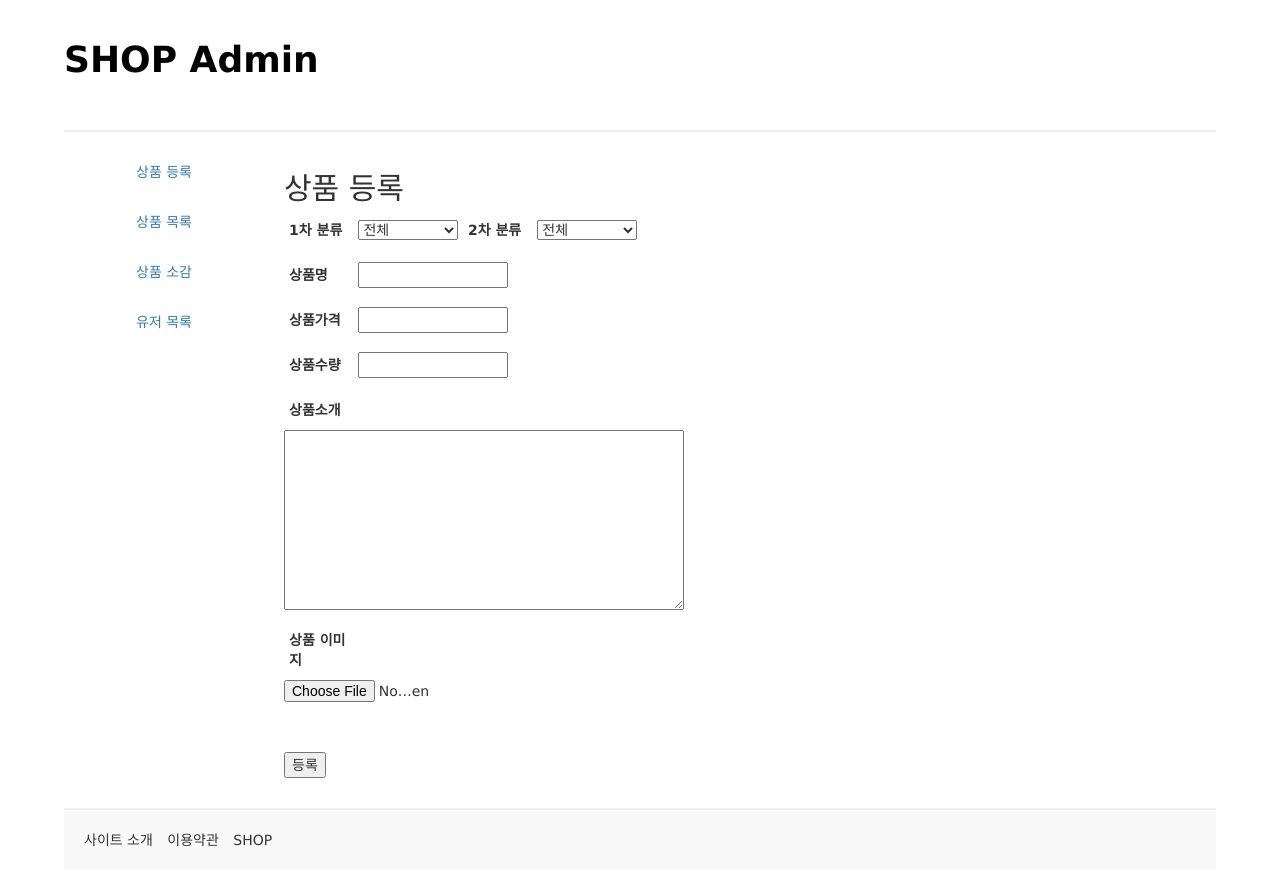
Repository: leesoonyong/shopping-mall
Page: http://localhost/shop/WEB-INF/views/admin/goods/register.jsp
The author's editor kept a copy of each file at every save. The page is drawn from the files as they stood at one save, then again after the next save.
The browser window is 1280 px wide. The pictures show the whole page.
The page is served by Tomcat 9. Nobody is signed in. Other server files are loaded and not shown. The template is opened directly, without the code that normally fills it, so the values that code supplies are empty.

Above is the page before, as saved 2020-09-13 06:41:17.
Console error (its wording comes from the project's code and is left out).

### shop/src/main/webapp/WEB-INF/views/admin/goods/register.jsp
<%@ taglib uri="http://java.sun.com/jsp/jstl/core" prefix="c" %>
<%@ page language="java" contentType="text/html; charset=UTF-8" pageEncoding="UTF-8"%>
<!DOCTYPE html>
<html>
<head>
<meta charset="UTF-8">
<script src='https://code.jquery.com/jquery-3.3.1.min.js'></script>
<link rel="stylesheet" href="/resources/bootstrap/css/bootstrap.min.css">
<link rel="stylesheet" href="/resources/bootstrap/css/bootstrap-theme.min.css">
<script src="/resources/bootstrap/js/bootstrap.min.js"></script>
<script src="https://maxcdn.bootstrapcdn.com/bootstrap/3.3.2/js/bootstrap.min.js"></script>
<script src="/resources/ckeditor/ckeditor.js"></script>
<style>
body {
	font-family: '맑은 고딕', verdana;
	padding: 0;
	margin: 0;
}

ul {
	padding: 0;
	margin: 0;
	list-style: none;
}

div#root {
	width: 90%;
	margin: 0 auto;
}

header#header {
	font-size: 60px;
	padding: 20px 0;
}

header#header h1 a {
	color: #000;
	font-weight: bold;
}

nav#nav {
	padding: 10px;
	text-align: right;
}

nav#nav ul li {
	display: inline-block;
	margin-left: 10px;
}

section#container {
	padding: 20px 0;
	border-top: 2px solid #eee;
	border-bottom: 2px solid #eee;
}

section#container::after {
	content: "";
	display: block;
	clear: both;
}

aside {
	float: left;
	width: 200px;
}

div#container_box {
	float: right;
	width: calc(100% - 200px - 20px);
}

aside ul li {
	text-align: center;
	margin-bottom: 10px;
}

aside ul li a {
	display: block;
	width: 100%;
	padding: 10px 0;
	text-align: center;
	margin-bottom: 10px;
}

aside ul li a:hover {
	background: #eee;
}

footer#footer {
	background: #f9f9f9;
	padding: 20px;
}

footer#footer ul li {
	display: inline-block;
	margin-right: 10px;
}

.inputArea {
	margin: 10px 0;
}

select {
	width: 100px;
}

label {
	display: inline-block;
	width: 70px;
	padding: 5px;
}

label[for='gdsDes'] {
	display: block;
}

input {
	width: 150px;
}

textarea#gdsDes {
	width: 400px;
	height: 180px;
}
.select_img img{
	margin:20px 0;
}

</style>
</head>
<body>
<div id="root">
	<header id="header">
		<div id="header_box">
			<%@ include file="../include/header.jsp" %>
		</div>
	</header>

	<nav id="nav">
		<div id="nav_box">
			<%@ include file="../include/nav.jsp" %>
		</div>
	</nav>

	<section id="container">
		<aside>
			<%@ include file="../include/aside.jsp" %>
		</aside>
		<div id="container_box">
			<h2>상품 등록</h2>
			<form method="post" enctype="multipart/form-data">
				<div class="inputArea">
					<label>1차 분류</label>
					<select class="category1">
						<option value="">전체</option>
					</select>

					<label>2차 분류</label>
					<select class="category2" name="cateCode">
						<option value="">전체</option>
					</select>
				</div>

				<div class="inputArea">
					<label for="gdsName">상품명</label>
					<input type="text" id="gdsName" name="gdsName"/>
				</div>
				<div class="inputArea">
					<label for="gdsPrice">상품가격</label>
					<input type="text" id="gdsPrice" name="gdsPrice"/>
				</div>
				<div class="inputArea">
					<label for="gdsStock">상품수량</label>
					<input type="text" id="gdsStock" name="gdsStock"/>
				</div>
				<div class="inputArea">
					<label for="gdsDes">상품소개</label>
					<textarea rows="5" cols="50" id="gdsDes" name="gdsDes"></textarea>
				</div>
				<script>
					var ckeditor_config = {
						resize_enaleb : false,
						enterMode : CKEDITOR.ENTER_BR,
						shiftEnterMode : CKEDITOR.ENTER_P,
						filebrowserUploadUrl : "/admin/goods/ckUpload"
					};
				</script>
				<div class="inputArea">
					<label for="gdsImg">상품 이미지</label>
					<input type="file" id="gdsImg" name="file"/>
					<div class="select_img"><img src=""/></div>
				</div>
				<div class="inputArea">
					<button type="submit" id="register_Btn">등록</button>
				</div>
			</form>
		</div>
	</section>

	<footer id="footer">
		<div id="footer_box">
			<%@ include file="../include/footer.jsp" %>
		</div>
	</footer>
</div>
<script>
//컨트롤러에서 데이터 받기
var jsonData = JSON.parse('${category}');
console.log(jsonData);

var cate1Arr = new Array();
var cate10bj = new Object();


//1차 분류 셀렉트 박스에 삽입할 데이터
for(var i = 0; i< jsonData.length; i++){
	if(jsonData[i].level == "1"){
		cate10bj = new Object();
		cate10bj.cateCode = jsonData[i].cateCode;
		cate10bj.cateName = jsonData[i].cateName;
		cate1Arr.push(cate10bj);
	}
}
//1차 분류 셀렉트 박스에 데이터삽입
var cate1Select = $("select.category1")

for(var i = 0; i < cate1Arr.length; i++) {
 cate1Select.append("<option value='" + cate1Arr[i].cateCode + "'>"
      + cate1Arr[i].cateName + "</option>");
}

$(document).on("change","select.category1",function(){
	var cate2Arr = new Array();
	var cate2Obj = new Object();

	//2차 분류 셀렉트 박스에 삽입할 데이터 준비
	for(var i = 0; i < jsonData.length; i++){
		if(jsonData[i].level == "2"){
			cate2Obj = new Object();
			cate2Obj.cateCode = jsonData[i].cateCode;
			cate2Obj.cateName = jsonData[i].cateName;
			cate2Obj.cateCodeRef = jsonData[i].cateCodeRef;

			cate2Arr.push(cate2Obj);
		}
	}

	var cate2Select = $("select.category2")
	/*
	for(var i = 0; i < cate2Arr.length; i++){
		cate2Select.append("<option value='" + cate2Arr[i].cateCode + "'>"
							+ cate2Arr[i].cateName + "</option>");
	}
	*/
	cate2Select.children().remove();
	$("option:selected", this).each(function(){
		var selectVal = $(this).val();
		cate2Select.append("<option value='"+ selectVal +"'>전체</option>");

		for(var i = 0; i < cate2Arr.length; i++){
			if(selectVal == cate2Arr[i].cateCodeRef){
				cate2Select.append("<option value='" + cate2Arr[i].cateCode + "'>"
									+ cate2Arr[i].cateName + "</option>");
			}
		}
	})
});

/*상품 이미지 스크립트*/
$("#gdsImg").change(function(){
	if(this.files && this.files[0]){
		var reader = new FileReader;
		reader.onload = function(data){
			$(".select_img img").attr("src", data.target.result).width(500);
		}
		reader.readAsDataURL(this.files[0]);
	}
});
</script>
</body>
</html>

### shop/src/main/webapp/WEB-INF/views/admin/include/header.jsp
<%@ taglib uri="http://java.sun.com/jsp/jstl/core" prefix="c" %>
<%@ page language="java" contentType="text/html; charset=UTF-8" pageEncoding="UTF-8"%>
<h1 class="title">
	<a href="/admin/index">SHOP Admin</a>
</h1>

### shop/src/main/webapp/WEB-INF/views/admin/include/nav.jsp
<%@ taglib uri="http://java.sun.com/jsp/jstl/core" prefix="c" %>
<%@ page language="java" contentType="text/html; charset=UTF-8" pageEncoding="UTF-8"%>
<ul>
<c:if test="${member != null}">
	<li>
		<a href="/">일반화면</a>
	</li>
	<li>
		<a href="/member/signOut">로그아웃</a>
	</li>
</c:if>
</ul>

### shop/src/main/webapp/WEB-INF/views/admin/include/aside.jsp
<%@ taglib uri="http://java.sun.com/jsp/jstl/core" prefix="c" %>
<%@ page language="java" contentType="text/html; charset=UTF-8" pageEncoding="UTF-8"%>
<ul>
	<li><a href="/admin/goods/register">상품 등록</a></li>
	<li><a href="/admin/goods/list">상품 목록</a></li>
	<li><a href="">상품 소감</a></li>
	<li><a href="">유저 목록</a></li>
</ul>

### shop/src/main/webapp/WEB-INF/views/admin/include/footer.jsp
<%@ taglib uri="http://java.sun.com/jsp/jstl/core" prefix="c" %>
<%@ page language="java" contentType="text/html; charset=UTF-8" pageEncoding="UTF-8"%>
<ul>
	<li>사이트 소개</li>
	<li>이용약관</li>
	<li>SHOP</li>
</ul>

### shop/src/main/webapp/resources/ckeditor/config.js
/**
 * @license Copyright (c) 2003-2020, CKSource - Frederico Knabben. All rights reserved.
 * For licensing, see https://ckeditor.com/legal/ckeditor-oss-license
 */

CKEDITOR.editorConfig = function( config ) {
	// Define changes to default configuration here.
	// For complete reference see:
	// https://ckeditor.com/docs/ckeditor4/latest/api/CKEDITOR_config.html

	// The toolbar groups arrangement, optimized for two toolbar rows.
	config.toolbarGroups = [
		{ name: 'clipboard',   groups: [ 'clipboard', 'undo' ] },
		{ name: 'editing',     groups: [ 'find', 'selection', 'spellchecker' ] },
		{ name: 'links' },
		{ name: 'insert' },
		{ name: 'forms' },
		{ name: 'tools' },
		{ name: 'document',	   groups: [ 'mode', 'document', 'doctools' ] },
		{ name: 'others' },
		'/',
		{ name: 'basicstyles', groups: [ 'basicstyles', 'cleanup' ] },
		{ name: 'paragraph',   groups: [ 'list', 'indent', 'blocks', 'align', 'bidi' ] },
		{ name: 'styles' },
		{ name: 'colors' },
		{ name: 'about' }
	];

	// Remove some buttons provided by the standard plugins, which are
	// not needed in the Standard(s) toolbar.
	config.removeButtons = 'Underline,Subscript,Superscript';

	// Set the most common block elements.
	config.format_tags = 'p;h1;h2;h3;pre';

	// Simplify the dialog windows.
	config.removeDialogTabs = 'image:advanced;link:advanced';
};

Loaded but not shown: shop/src/main/webapp/resources/bootstrap/css/bootstrap.min.css (library); shop/src/main/webapp/resources/bootstrap/css/bootstrap-theme.min.css (library); shop/src/main/webapp/resources/bootstrap/js/bootstrap.min.js (library); shop/src/main/webapp/resources/ckeditor/ckeditor.js (library)

After the next save:
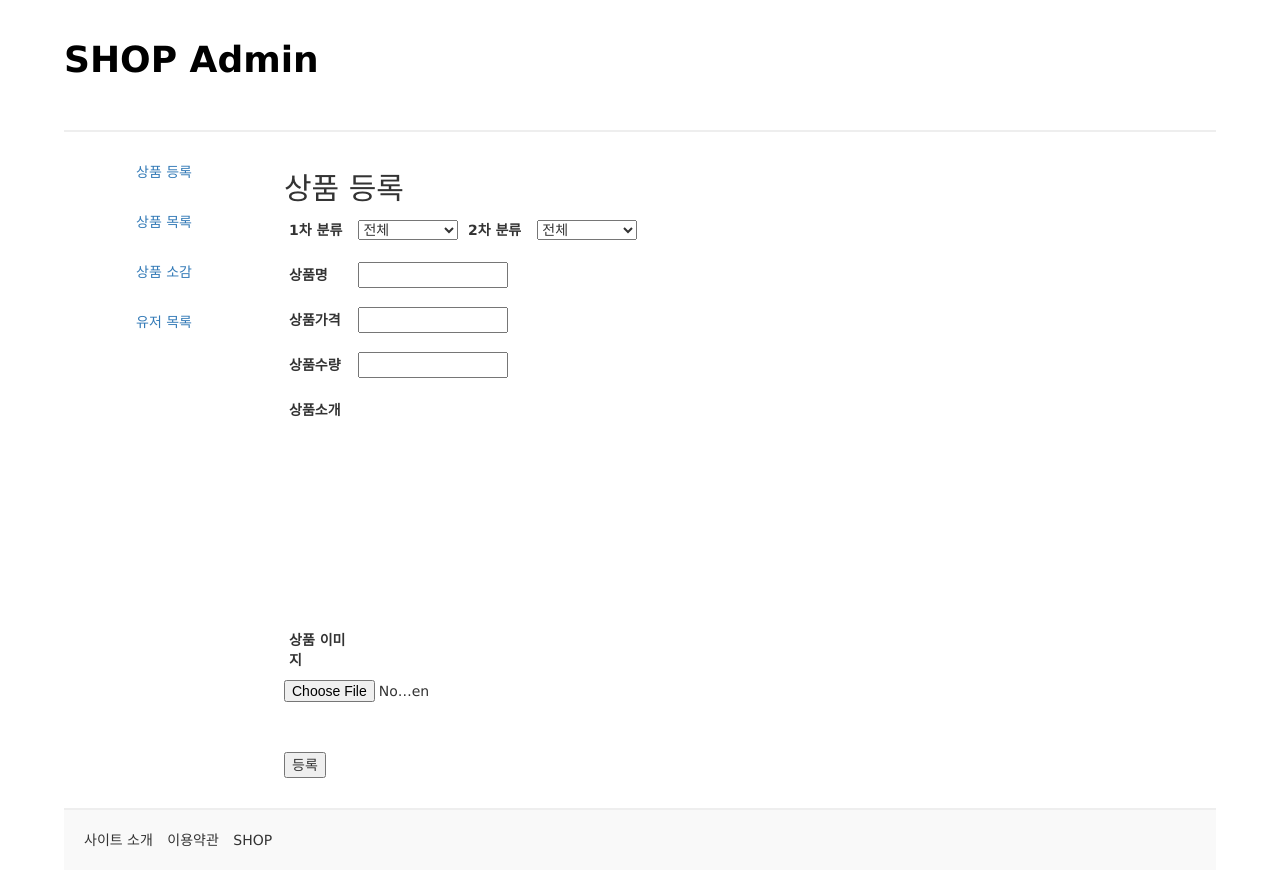
Saved 21 s later.
--- a/shop/src/main/webapp/WEB-INF/views/admin/goods/register.jsp
+++ b/shop/src/main/webapp/WEB-INF/views/admin/goods/register.jsp
@@ -185,6 +185,8 @@
 						shiftEnterMode : CKEDITOR.ENTER_P,
 						filebrowserUploadUrl : "/admin/goods/ckUpload"
 					};
+
+					CKEDITOR.replace("gdsDes", ckeditor_config);
 				</script>
 				<div class="inputArea">
 					<label for="gdsImg">상품 이미지</label>
